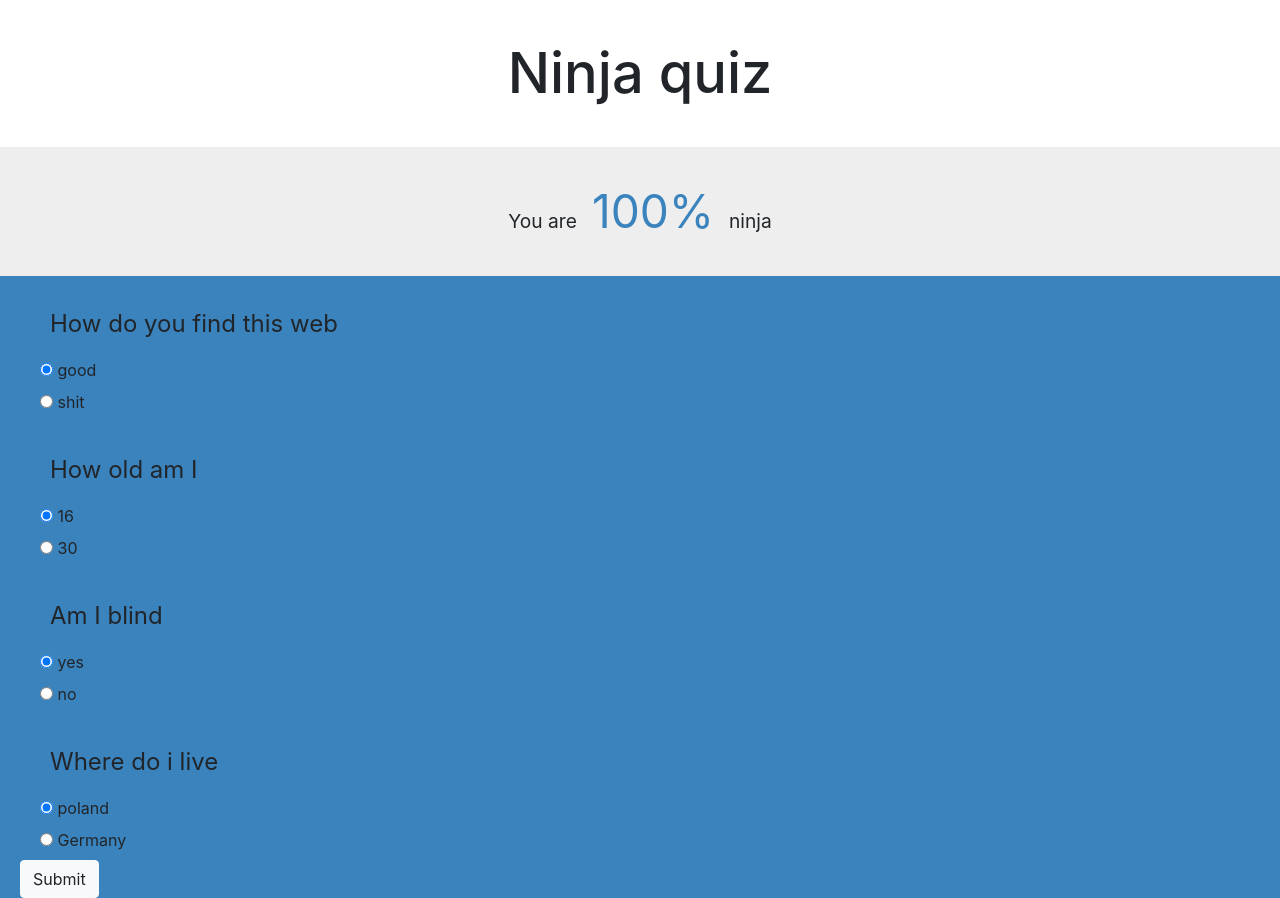
Repository: ajgors/config
Page: Nauka Js/Projekty/Quiz/index.html
An editor plug-in stored every save of this project. The page is shown before and after a run of saves, followed by the edit.
The browser window is 1280 px wide. The pictures show the whole page.

Above is the page before, as saved 2019-08-11 18:44:25.
Console error: TypeError: Cannot read properties of null (reading 'addEventListener')

### Nauka Js/Projekty/Quiz/index.html
<!DOCTYPE html>
<html lang="en">

<head>
    <meta charset="UTF-8">
    <meta name="viewport" content="width=device-width, initial-scale=1.0">
    <meta http-equiv="X-UA-Compatible" content="ie=edge">
    <title>Document</title>
    <link rel="stylesheet" href="https://stackpath.bootstrapcdn.com/bootstrap/4.3.1/css/bootstrap.min.css"
        integrity="sha384-ggOyR0iXCbMQv3Xipma34MD+dH/1fQ784/j6cY/iJTQUOhcWr7x9JvoRxT2MZw1T" crossorigin="anonymous">
    <link rel="stylesheet" href="css.css">
</head>

<body>
    <!-- Header -->
    <!-- <div class="intro py-3 bg-white text-center">
        <div class="container">
            <h2 class="text-primary display-3 my-4">Ninja Quiz</h2>
        </div>
    </div> -->

    <header class="header">
        <h1 class="header__title">Ninja quiz</h1>
    </header>

    <!-- Result -->
    <!-- <div class="result py-4  bg-light text-center">
        <div class="container lead">
            <p>You are <span class="text-primary display-4 p-3">110%</span>Ninja</p>
        </div>
    </div> -->

    <div class="result">
        <p class="result__paragraph">You are<span class="result__span">100%</span>ninja</p>
    </div>

    <!-- Form -->
    <!-- <div class="quiz py-4 bg-primary">
        <div class="container">
            <h2 class="my-5 text-white">On with the question...</h2>
            <form action="" class="quiz-form text-light">
                <div class="my-5">
                    <p class="lead font-weight-normal">1. How do you give a ninja directions</p>
                    <div class="form-check my-2 text-white-50">
                        <input type="radio" name='q1' value='A' checked>
                        <label for="" class="form-check-label">Show them map</label>
                    </div>
                    <div class="form-check my-2 text-white-50">
                        <input type="radio" name='q1' value='B'>
                        <label for="" class="form-check-label">Don't worry a ninja will find you</label>
                    </div>
                </div>
                <div class="my-5">
                    <p class="lead font-weight-normal">2 asdfasdfad fafasfasdfadffasdsf</p>
                    <div class="form-check my-2 text-white-50">
                        <input type="radio" name='q2' value='A' checked>
                        <label for="" class="form-check-label">1.apple</label>
                    </div>
                    <div class="form-check my-2 text-white-50">
                        <input type="radio" name='q2' value='B'>
                        <label for="" class="form-check-label">3.apple</label>
                    </div>
                </div>
                <div class="my-5">
                    <p class="lead font-weight-normal">3. how do you tknow if you met a ninja</p>
                    <div class="form-check my-2 text-white-50">
                        <input type="radio" name='q3' value='A' checked>
                        <label for="" class="form-check-label">youll recognize a outfit</label>
                    </div>
                    <div class="form-check my-2 text-white-50">
                        <input type="radio" name='q3' value='B'>
                        <label for="" class="form-check-label">the grim reaper wil tell you</label>
                    </div>
                </div>
                <div class="my-5">
                    <p class="lead font-weight-normal">4 what is a ninjas favourite array method</p>
                    <div class="form-check my-2 text-white-50">
                        <input type="radio" name='q4' value='A' checked>
                        <label for="" class="form-check-label">forEach()</label>
                    </div>
                    <div class="form-check my-2 text-white-50">
                        <input type="radio" name='q4' value='B'>
                        <label for="" class="form-check-label">slice()</label>
                    </div>
                </div>
                <div class="text-center">
                    <input type="submit" class='btn btn-light'>
                </div>
            </form>
        </div> -->

    <div class="quiz">
        <form action="quiz-form">
            <div class="div-question">
                <p class="question">How do you find this web</p>
                <div class="form-check">
                    <input type="radio" name="q1" value="A" id="" checked>
                    <label for=""> good </label>
                </div>
                <div class="form-check">
                    <input type="radio" name="q1" value="B" id="">
                    <label for=""> shit </label>
                </div>
            </div>
            <div class="div-question">
                <p class="question">How old am I</p>
                <div class="form-check">
                    <input type="radio" name="q2" value="A" id="" checked>
                    <label for=""> 16 </label>
                </div>
                <div class="form-check">
                    <input type="radio" name="q2" value="B" id="">
                    <label for=""> 30</label>
                </div>
            </div>
            <div class="div-question">
                <p class="question">Am I blind</p>
                <div class="form-check">
                    <input type="radio" name="q3" value="A" id="" checked>
                    <label for=""> yes</label>
                </div>
                <div class="form-check">
                    <input type="radio" name="q3" value="B" id="">
                    <label for=""> no</label>
                </div>
            </div>
            <div class="div-question">
                <p class="question">Where do i live</p>
                <div class="form-check">
                    <input type="radio" name="q4" value="A" id="" checked>
                    <label for=""> poland </label>
                </div>
                <div class="form-check">
                    <input type="radio" name="q4" value="B" id="">
                    <label for=""> Germany </label>
                </div>
            </div>
            <input type="submit" class="btn btn-light">
        </form>
    </div>

    </div>

    <script src="js.js"></script>
</body>

</html>

### Nauka Js/Projekty/Quiz/css.css
*{
    margin: 0;
    padding: 0;
}

.header__title{
    text-align: center;
    margin:  40px auto;
    font-size: 3.5em;
}

.result{
    background-color: #eee;
}
.result__paragraph{
    text-align: center;
    padding: 30px;
    margin: 0;
    font-size: 1.2em
}
.result__span{
    font-size: 2.4em;
    padding: 15px;
    color:#3b83bd;
}

.quiz{
    background-color: #3b83bd;
    padding-left: 20px
}
.quiz-form{
    padding: 40px;
    margin: 40px;
}

.question{
    font-size: 1.5em;
    padding-left: 30px;
    padding-top: 30px;
}

### Nauka Js/Projekty/Quiz/js.js




const form = document.querySelector('.quiz-form');
const result = document.querySelector('.result');
const correctAnswers = ['B','B','B','B'];
const spanResult = document.querySelector('span');

form.addEventListener('submit', e=>{
    e.preventDefault();

    //check answer
    let score = 0;
    const userAnswers = [form.q1.value, form.q2.value, form.q3.value, form.q4.value];

    userAnswers.forEach((answer, index) =>{
        if(answer === correctAnswers[index]){
            score += 25;
        }
    });

    scrollTo(0,0)
    result.classList.remove('d-none');
    // spanResult.textContent = `${score}%`

    let output = 0;
    const timer = setInterval(()=>{
        spanResult.textContent = `${output}%`
        if(output === score){
            clearInterval(timer);
        } else {
            output++;
        }
    })


})

After the next 10 saves:
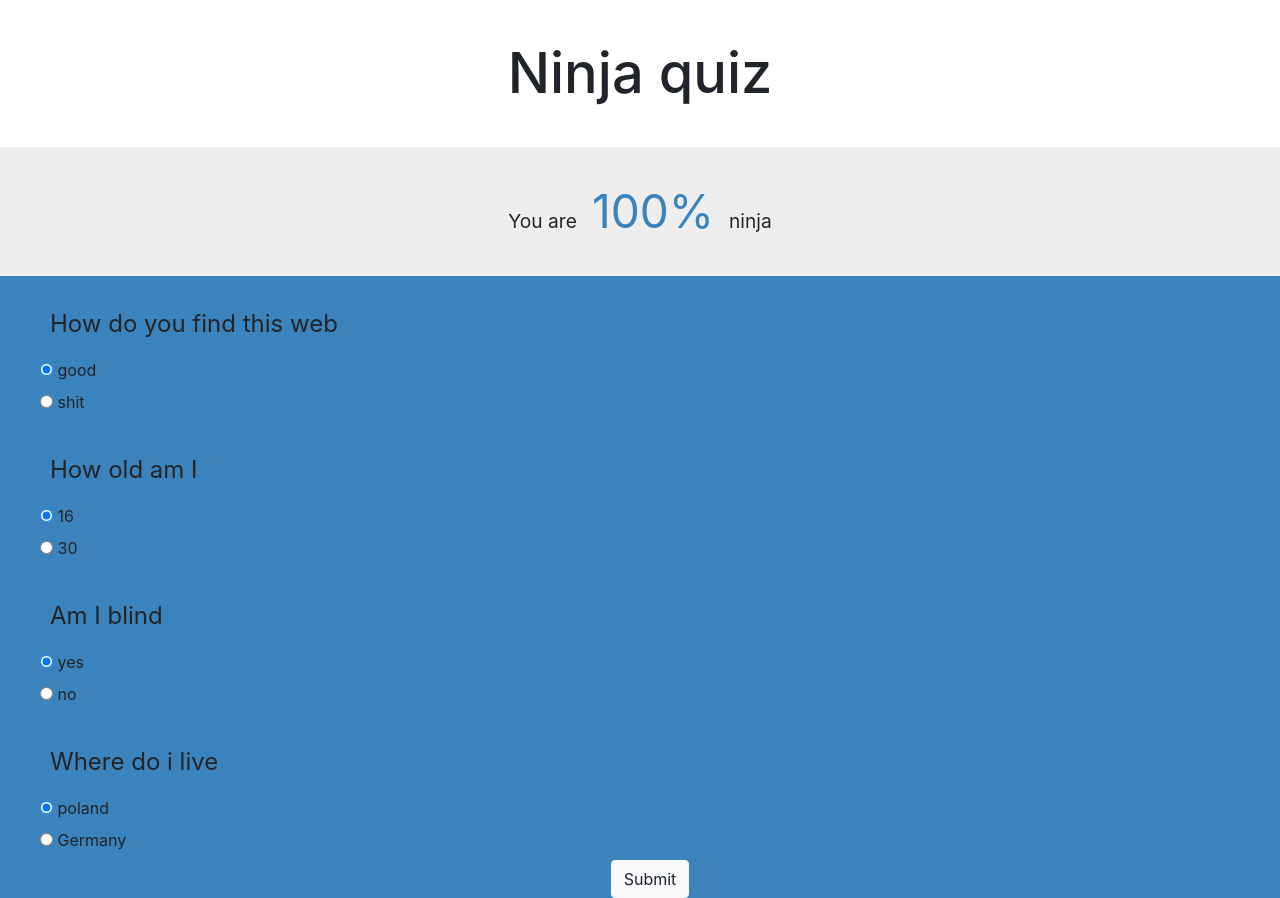
The 10 saves are shown as one change because they came seconds apart.
The last was saved 22 s later.
--- a/Nauka Js/Projekty/Quiz/index.html
+++ b/Nauka Js/Projekty/Quiz/index.html
@@ -135,7 +135,9 @@
                     <label for=""> Germany </label>
                 </div>
             </div>
-            <input type="submit" class="btn btn-light">
+            <div class="text-center">
+                <input type="submit" class="btn btn-light">
+            </div>
         </form>
     </div>
 
